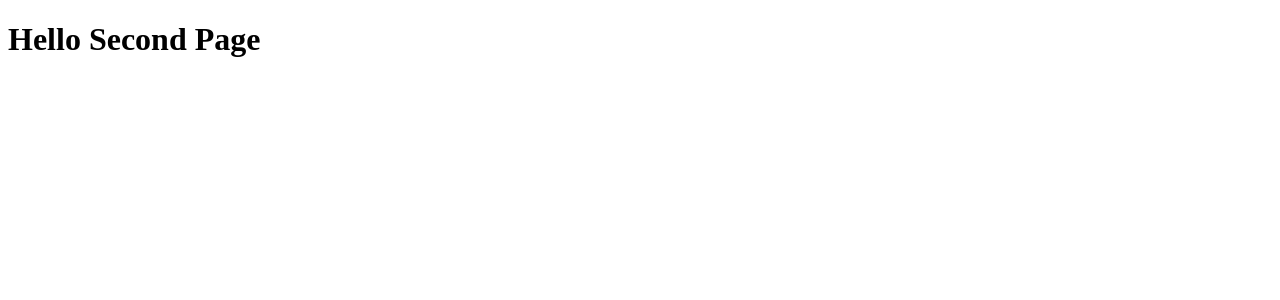
Repository: Sunil-731820/AllWorkingModels
Page: http://localhost/JSFUsingBean/SecondSessionImplicitObject.jsp
These files come from the project's save history. The page is drawn as it stood at one moment and after the next save; the edit follows.
The browser window is 1280 px wide. The pictures show the whole page.
The page is served by Tomcat 9. Other server files are loaded and not shown.

Above is the page before, as saved 2022-10-27 09:33:47.

### HibernatesProject/JSFUsingBean/src/main/webapp/SecondSessionImplicitObject.jsp
<%@ page language="java" contentType="text/html; charset=ISO-8859-1"
    pageEncoding="ISO-8859-1"%>
<!DOCTYPE html>
<html>
<head>
<meta charset="ISO-8859-1">
<title>Insert title here</title>
</head>
<body>
<h1>Hello Second Page</h1>
</body>
</html>

After the next save:
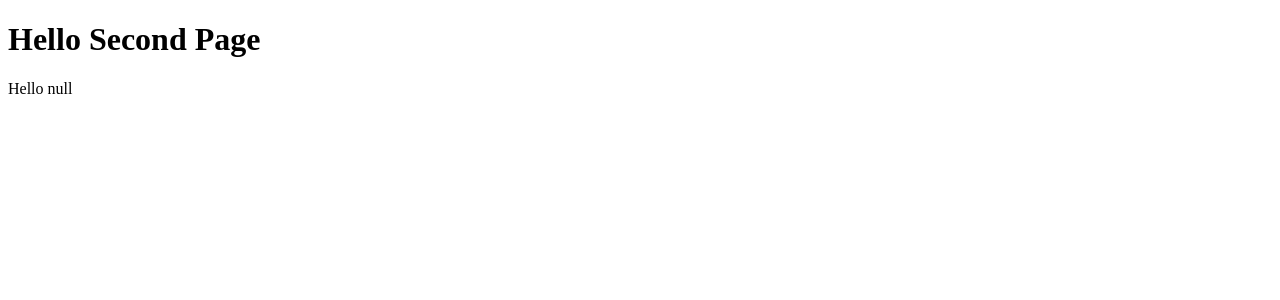
Saved 112 s later.
--- a/HibernatesProject/JSFUsingBean/src/main/webapp/SecondSessionImplicitObject.jsp
+++ b/HibernatesProject/JSFUsingBean/src/main/webapp/SecondSessionImplicitObject.jsp
@@ -8,5 +8,10 @@
 </head>
 <body>
 <h1>Hello Second Page</h1>
+<%
+String name=(String)session.getAttribute("uname");
+out.print("Hello "+name);
+
+%>
 </body>
 </html>
